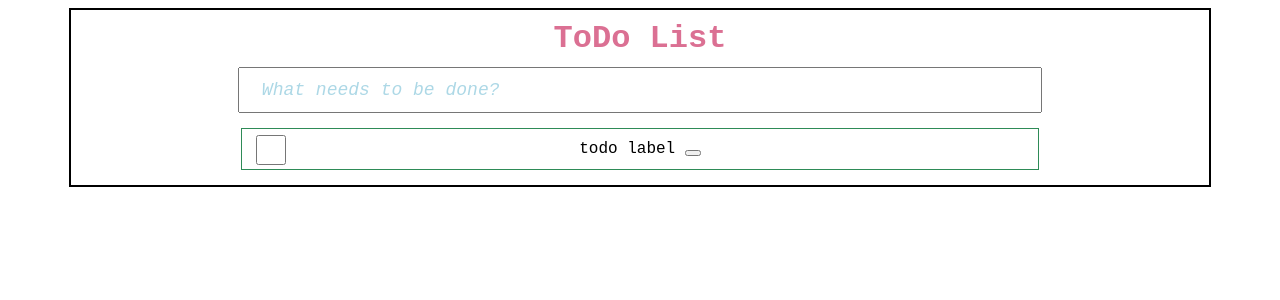
Repository: litalsh/To-Do-List
Page: index.html
These files come from the project's save history. The page is drawn as it stood at one moment and after the next save; the edit follows.
The browser window is 1280 px wide. The pictures show the whole page.

Above is the page before, as saved 2019-10-24 17:56:57.

### index.html
<!DOCTYPE html>
<html lang="en">

<head>
    <meta charset="UTF-8">
    <meta name="viewport" content="width=device-width, initial-scale=1.0">
    <meta http-equiv="X-UA-Compatible" content="ie=edge">
    <link rel="stylesheet" href="style.css">
    <title>ToDo List</title>
</head>

<body>
    <div class="container">
        <header>
            <h1>ToDo List</h1>
            <input type="text" class="todo_input" placeholder="What needs to be done?">
        </header>
        <ul class="todo_list">
            <li class="todo_item">
                <div>
                    <input type="checkbox" class="checked">
                    <label>todo label</label>
                    <button class="remove"></button>
                </div>
            </li>
        </ul>
    </div>


    <script src="script.js"></script>
</body>

</html>

### style.css
body{
    font-family: 'Courier New', Courier, monospace;
  }

  .container{
    width: 90%;
    margin: 0 auto;
    border: 2px solid black;
    text-align: center;
  }

  header > h1{
    color: palevioletred;
    margin: 10px auto;
  }

  .todo_input{
    width: 70%;
    line-height: 40px;
    text-indent: 20px;
    font-family: 'Courier New', Courier, monospace;
    font-size: 18px;
    color: darkslategrey;

  }

  .todo_input::placeholder{
    font-style: italic;
    font-size: 18px;
    color: lightblue;
    font-family: 'Courier New', Courier, monospace;

  }

  .todo_list{
    list-style: none;
    padding: 0;
  }

  .todo_item{
      border: 1px solid seagreen;
      width: 70%;
      line-height: 40px;
      margin: -1px auto;
      position: relative;
  }

  .checked{
      width: 30px;
      height: 30px;
      position: absolute;
      top: 44%;
      left: 10px;;
      transform: translateY(-50%);
  }

Loaded but not shown: script.js (no stored copy; drawn as an empty file)

After the next save:
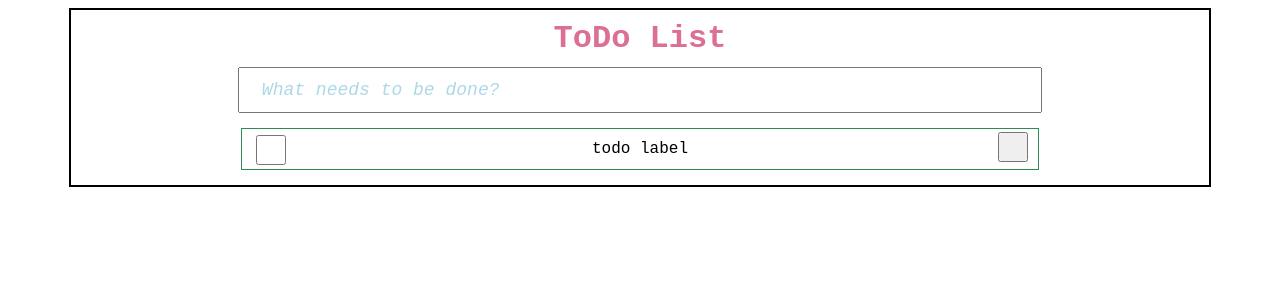
Saved 42 s later.
--- a/style.css
+++ b/style.css
@@ -53,3 +53,12 @@ body{
       left: 10px;;
       transform: translateY(-50%);
   }
+
+  .remove{
+    width: 30px;
+    height: 30px;
+    position: absolute;
+    top: 44%;
+    right: 10px;;
+    transform: translateY(-50%);
+  }
